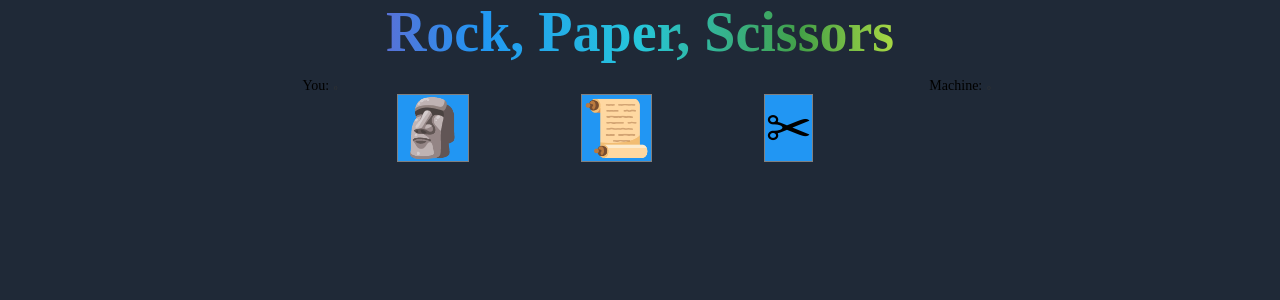
Repository: dung8466/RPS
Page: index.html
An editor plug-in stored every save of this project. The page is shown before and after the next save, followed by the edit.
The browser window is 1280 px wide. The pictures show the whole page.

Above is the page before, as saved 2022-07-01 21:39:39.

### index.html
<!DOCTYPE html>
<html lang="en">
<head>
    <meta charset="UTF-8">
    <meta http-equiv="X-UA-Compatible" content="IE=edge">
    <meta name="viewport" content="width=device-width, initial-scale=1.0">
    <title>Fun Game</title>
    <link rel="stylesheet" href="style.css">
    <script src="script.js" defer></script>
</head>
<body>
    <h1 class="header">
        Rock, Paper, Scissors
    </h1>
    <div class="results flex-box">
        <div class="player-result">
            You: <span class="result-score" data-your-score>0</span>
        </div>
        <div class="machine-result" data-final-column>
            Machine: <span class="result-score" data-computer-score>0</span>
        </div>
    </div>
    <div class="selections">
        <button class="selection" data-selection="rock">🗿</button>
        <button class="selection" data-selection="paper">📜</button>
        <button class="selection" data-selection="scissors">✂</button>
    </div>
</body>
</html>

### style.css
*{
    font-family: 'Times New Roman', Times, serif;
    font-size: 14px;
    margin: 0;
    padding: 0;
    background-color: #1f2937;
}
.header{
    font-size: 4em;
    font-weight: bold;
    background: linear-gradient(to right, #ef5350, #f48fb1, #7e57c2, #2196f3, #26c6da, #43a047, #eeff41, #f9a825, #ff5722);
    -webkit-background-clip: text;
    -webkit-text-fill-color: transparent;
    text-align: center;
}
.selections {
    display: flex;
    justify-content: center;
    margin-left: 3em;
  }

  .selection {
    background-color: #2196f3;
    border: solid 1px gray;
    cursor: pointer;
    font-size: 4rem;
    transition: 100ms;
    margin-right: 2em;
  }

  .selection:hover {
    transform: scale(1.2);
  }

  .results {
    margin-top: 1rem;
    display: grid;
    justify-content: center;
    grid-template-columns: repeat(2, 1fr);
    justify-items: center;
    align-items: center;
  }

  .result-score {
    margin-left: .1rem;
    font-size: .5rem;
    color: #333;
  }

  .result-selection {
    opacity: .5;
  }

  .result-selection.winner {
    opacity: 1;
    font-size: 1.5rem;
  }

### script.js
const SELECTIONS = [
    {
        name: 'rock',
        emoji: '🗿',
        beats: 'scissors',
    },
    {
        name: 'paper',
        emoji: '📜',
        beats: 'rock',
    },
    {
        name: 'scissors',
        emoji: '✂',
        beats: 'paper',
    }
]
const selectionButtons = document.querySelectorAll('[data-selection]')
const finalColumn = document.querySelector('[data-final-column]')
const computerScoreSpan = document.querySelector('[data-computer-score]')
const yourScoreSpan = document.querySelector('[data-your-score]')
selectionButtons.forEach(selectionButton => {
  selectionButton.addEventListener('click', e => {
    const selectionName = selectionButton.dataset.selection
    const selection = SELECTIONS.find(selection => selection.name === selectionName)
    makeSelection(selection)
  })
})

function makeSelection(selection) {
  const computerSelection = randomSelection()
  const yourWinner = isWinner(selection, computerSelection)
  const computerWinner = isWinner(computerSelection, selection)

  addSelectionResult(computerSelection, computerWinner)
  addSelectionResult(selection, yourWinner)

  if (yourWinner) incrementScore(yourScoreSpan)
  if (computerWinner) incrementScore(computerScoreSpan)
}

function incrementScore(scoreSpan) {
  scoreSpan.innerText = parseInt(scoreSpan.innerText) + 1
}

function addSelectionResult(selection, winner) {
  const div = document.createElement('div')
  div.innerText = selection.emoji
  div.classList.add('result-selection')
  if (winner) div.classList.add('winner')
  finalColumn.after(div)
}

function isWinner(selection, opponentSelection) {
  return selection.beats === opponentSelection.name
}

function randomSelection() {
  const randomIndex = Math.floor(Math.random() * SELECTIONS.length)
  return SELECTIONS[randomIndex]
}

After the next save:
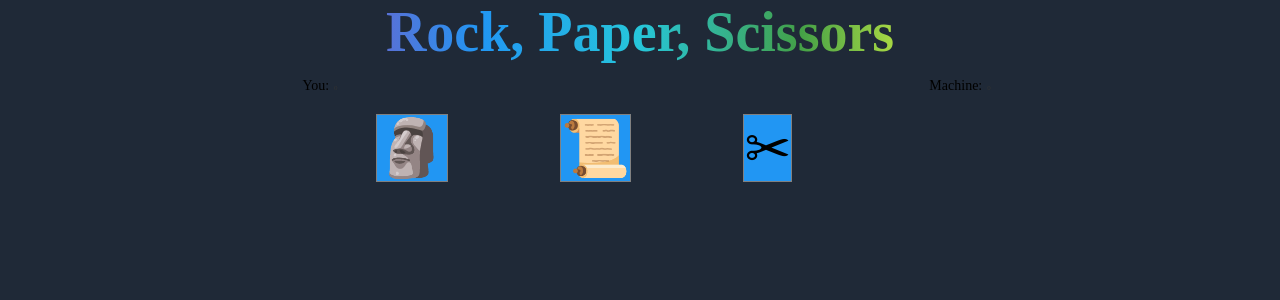
Saved 8 s later.
--- a/style.css
+++ b/style.css
@@ -16,7 +16,7 @@
 .selections {
     display: flex;
     justify-content: center;
-    margin-left: 3em;
+    margin-top: 20px;
   }
 
   .selection {
